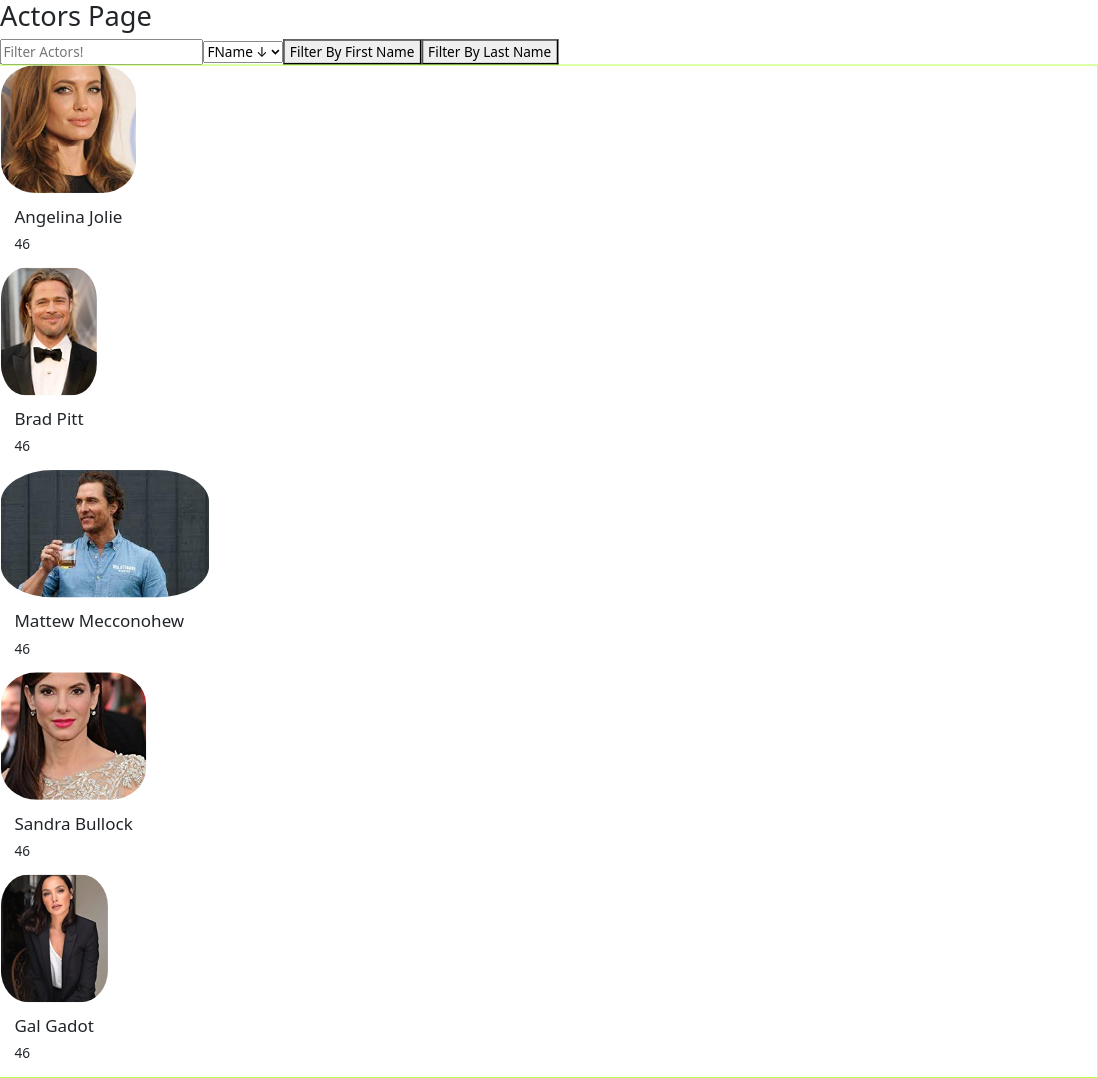
Repository: shuroo/FECourse-react-movieapp
Page: /
An editor plug-in stored every save of this project. The page is shown before and after the next save, followed by the edit.
The browser window is 1280 px wide. The page is 1292 px wide, so the pictures cover 1292 px, including what lies to the right of the window. The pictures show the whole page, at 85% of full size.
The project was rebuilt for these pictures with package versions that can differ from the ones it lists, and the page was loaded fresh each time. Also part of the build but not shown: src/App.css.

Above is the page before, as saved 2021-07-25 11:22:32.

### src/App.js
import logo from './logo.svg';
import './App.css';
import React, { useState } from 'react';
import 'bootstrap/dist/css/bootstrap.min.css';
import ActorsPage from './pages/ActorsPage';

function App() {
    return <ActorsPage / >
};

export default App;

### src/pages/ActorsPage.jsx
import React, { useState } from 'react';
import ActorModel from '../model/ActorModel';
import CardComponent from "../components/CardComponent";
import SortComponent from "../components/SortComponent";
import ImgGallery from "../components/ImgGallery";
import 'bootstrap/dist/css/bootstrap.min.css';

function ActorsPage() {

    const allActors = [ new ActorModel("Angelina", "Jolie", new Date("04/06/1975"), "./angeline.jpg", "https://www.imdb.com/name/nm0001401/"),
    new ActorModel("Brad", "Pitt", new Date("04/06/1975"), "./brad_pitt.jpg", "https://www.imdb.com/name/nm0000093/"),
    new ActorModel("Mattew", "Mecconohew", new Date("04/06/1975"), "./mattehew_mecc.jpeg","https://www.imdb.com/name/nm0000190/"),
    new ActorModel("Sandra", "Bullock", new Date("04/06/1975"), "./sandra_bullock.jpg", "https://www.imdb.com/name/nm0000113/"),
    new ActorModel("Gal", "Gadot", new Date("04/06/1975"), "./gal_gadot.jpg", "https://www.imdb.com/name/nm0000113/")];

    const [actors, setActors] = useState(
        allActors
        )

     let actorsHtml = actors.map(act=><CardComponent key={act.firstName+"1"} actor={act}/>)

    // firstName, lastName, birthday, image, imdbLink

    const [filterText, setFilterText] = useState("")
    const [sortCriteria, setSortCriteria] = useState("")

    function filterTextByEvent(e){
        let text = e.target.value;
        setFilterText(text);
        if(text === ""){
            setActors(allActors);
        }
    }
    function filterByFirstName(){
        let actorsFiltered = [...actors].filter(a=>a.firstName.startsWith(filterText));
        setActors(actorsFiltered);
    }

    function filterByLastName(){
         setActors(actors.filter(a=>a.lastName.startsWith(filterText)));
    }



    return (
        <div >
            <h2>Actors Page</h2>
            <div className="content">
            <input type="text" value={filterText} onChange={(e)=>filterTextByEvent(e)}   placeholder="Filter Actors!"></input>
            <SortComponent actors={actors} setSortCriteria={setSortCriteria} sortCriteria={sortCriteria} setActors={setActors} />
            <button onClick={filterByFirstName}>Filter By First Name</button>
            <button onClick={filterByLastName}>Filter By Last Name</button>
            <div className="row"><ImgGallery actorsHtml={actorsHtml}/></div>
            </div>

        </div>
    );
}

export default ActorsPage;

### src/model/ActorModel.jsx
class ActorModel{

    constructor(firstName, lastName, birthday, image, imdbLink){

        this.firstName = firstName;
        this.lastName = lastName;
        this.birthday = birthday;
        this.image = image;
        this.imdbLink = imdbLink;
        this.age = this.age.bind(this);
    }

    age(){
        var thisyear = new Date().getFullYear();
        var birthyear = this.birthday.getFullYear();
        return (thisyear - birthyear);
    }
}

export default ActorModel;

### src/components/CardComponent.jsx
import React from "react";
import './CardComponent.css';

function CardComponent({actor}) {

	return (

<div onClick={(e)=>(window.open(actor.imdbLink, '_blank'))}>
  <img className="actorImg card-img-top" src={actor.image} alt={actor.firstName+" "+actor.lastName}/>
  <div className="card-body">
    <h5 className="card-title">{actor.firstName} {actor.lastName}</h5>
    <p className="card-text">{actor.age()}
  </p></div>
  </div>
	)
}

export default CardComponent;

### src/components/SortComponent.jsx
import React from "react";

function SortComponent({sortCriteria, actors, setActors,setSortCriteria}){

    function sortBy(){

        if(sortCriteria === "firstName"){
            actors.sort((a,b)=>
            {
                if(a.firstName < b.firstName) { return -1; }
                if(a.firstName > b.firstName) { return 1; }
                return 0;
            })
        }else{
            actors.sort (
                (a,b)=>
            {
                if(a.lastName < b.lastName) { return -1; }
                if(a.lastName > b.lastName) { return 1; }
                return 0;
            })
        }

        console.log(actors);
        setActors(actors);
        setSortCriteria(sortCriteria);
    }

    return(

<select name="sortBy" value={sortCriteria} onChange={setSortCriteria}  >

  <option value="firstName">FName &#8595;</option>
  <option value="lastName">LName &#8593;</option>
</select>

)}

export default SortComponent;

### src/components/ImgGallery.jsx
import React from "react";
import './CardComponent.css';

function ImgGallery({actorsHtml}){


return(
<div className="gallery">{actorsHtml}</div>

)

}

export default ImgGallery;

### src/components/CardComponent.css
.actorImg {
    border-radius: 25%;
    object-fit: cover;
    height: 150px;
}

.col {
    display: flex;
    justify-content: space-around;
    align-items: flex-start;
    flex-basis: 20%;
}

.card {
    display: flex;
}

.gallery {
    display: flex;
    flex-direction: column;
    border: 1px solid greenyellow;
    align-items: flex-start;
}

Loaded but not shown: public/index.html (common file); src/index.js (common file); src/index.css (common file); src/reportWebVitals.js (common file)

After the next save:
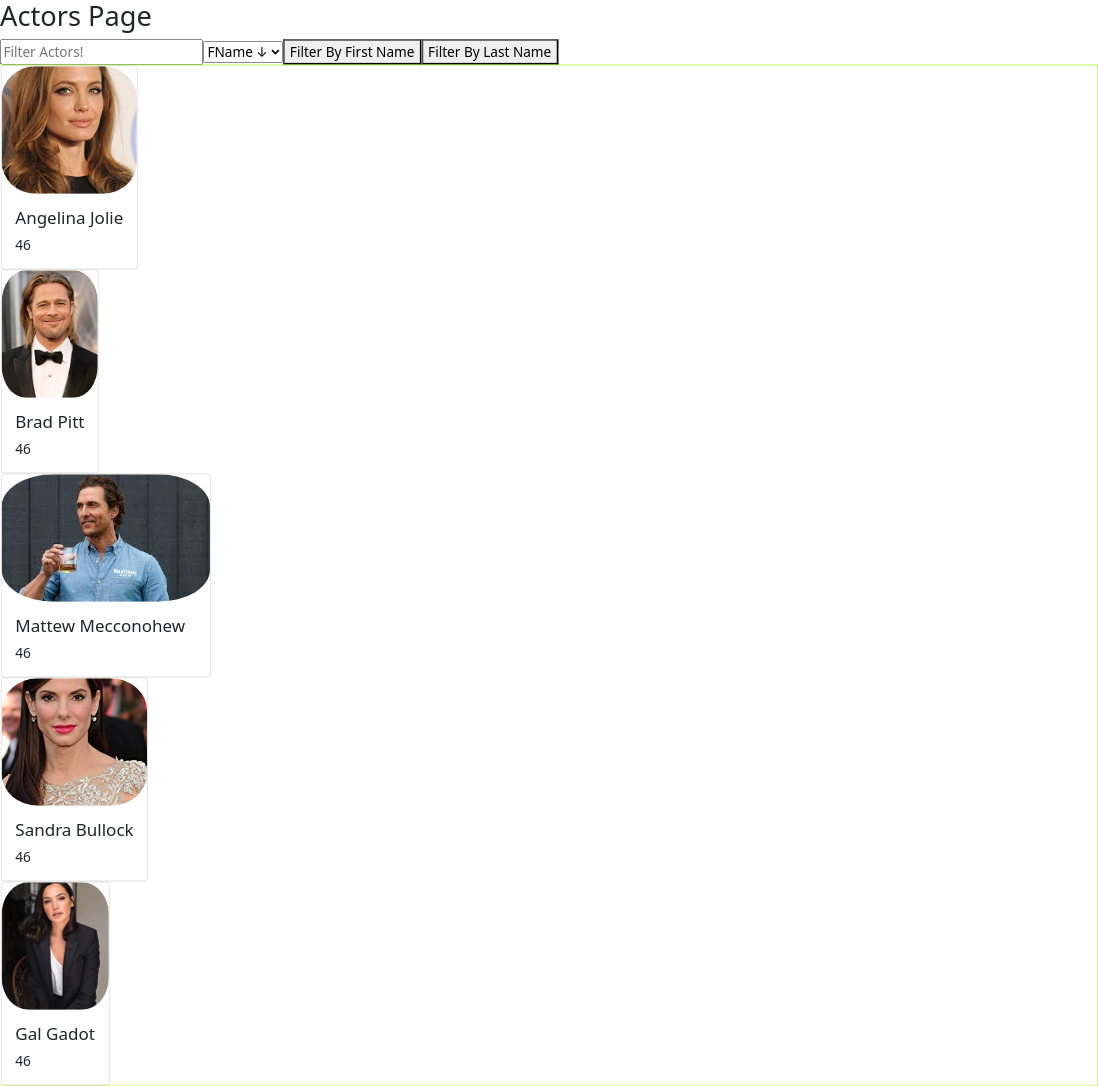
Saved 3 min 27 s later.
--- a/src/components/CardComponent.jsx
+++ b/src/components/CardComponent.jsx
@@ -5,7 +5,7 @@
 
 	return (
 
-<div onClick={(e)=>(window.open(actor.imdbLink, '_blank'))}>
+<div className="card" onClick={(e)=>(window.open(actor.imdbLink, '_blank'))}>
   <img className="actorImg card-img-top" src={actor.image} alt={actor.firstName+" "+actor.lastName}/>
   <div className="card-body">
     <h5 className="card-title">{actor.firstName} {actor.lastName}</h5>

After the save that followed:
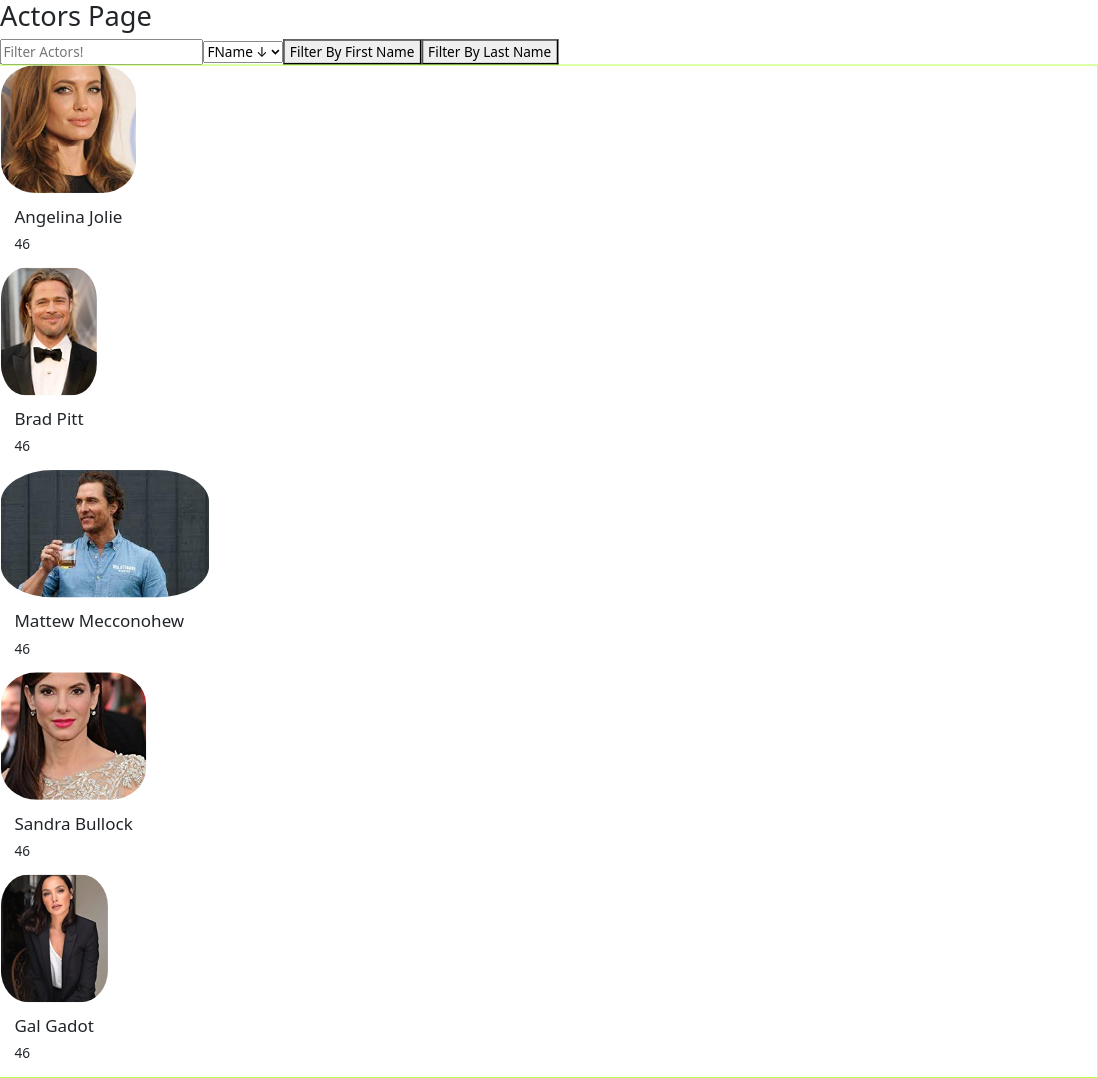
Saved 47 s later.
--- a/src/components/CardComponent.jsx
+++ b/src/components/CardComponent.jsx
@@ -5,7 +5,7 @@
 
 	return (
 
-<div className="card" onClick={(e)=>(window.open(actor.imdbLink, '_blank'))}>
+<div onClick={(e)=>(window.open(actor.imdbLink, '_blank'))}>
   <img className="actorImg card-img-top" src={actor.image} alt={actor.firstName+" "+actor.lastName}/>
   <div className="card-body">
     <h5 className="card-title">{actor.firstName} {actor.lastName}</h5>
